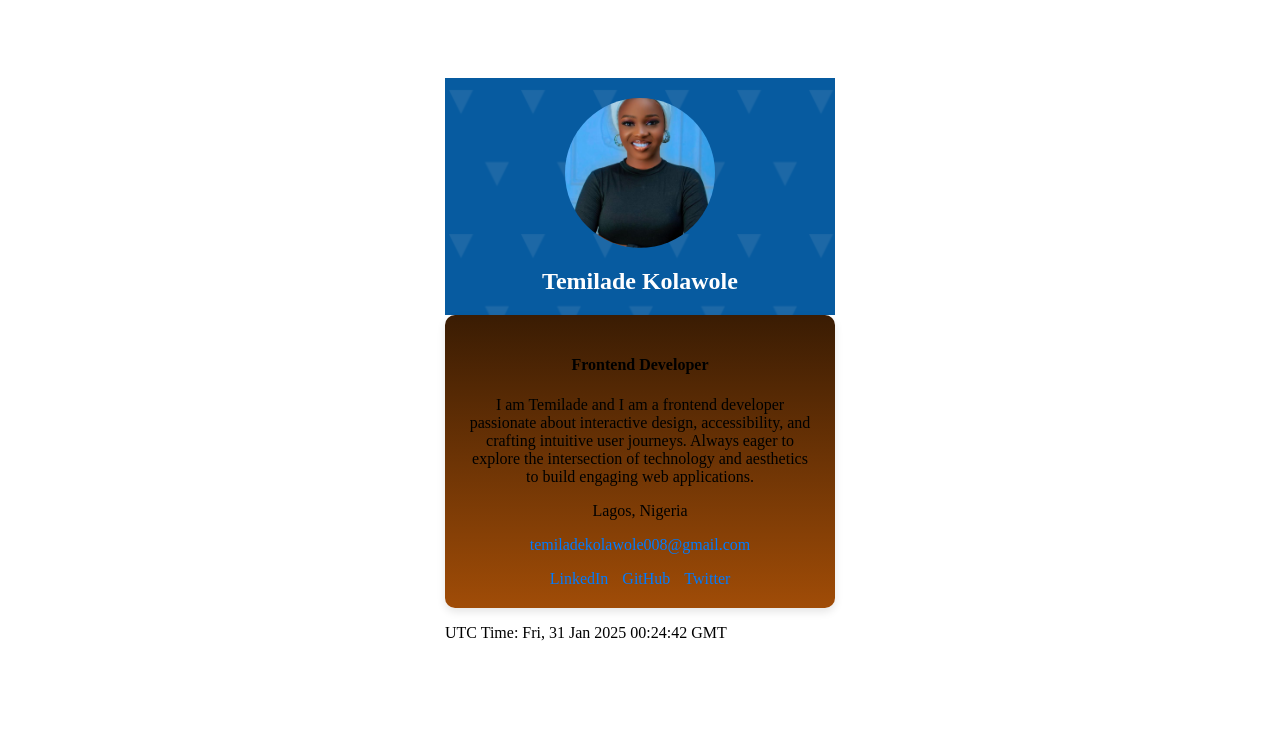
Repository: KolawoleTemilade/ticket-guarantor
Page: profilecard/index..html
These files come from the project's save history. The page is drawn as it stood at one moment and after the next save; the edit follows.
The browser window is 1280 px wide. The pictures show the whole page.

Above is the page before, as saved 2025-02-04 17:22:26.

After the next save:
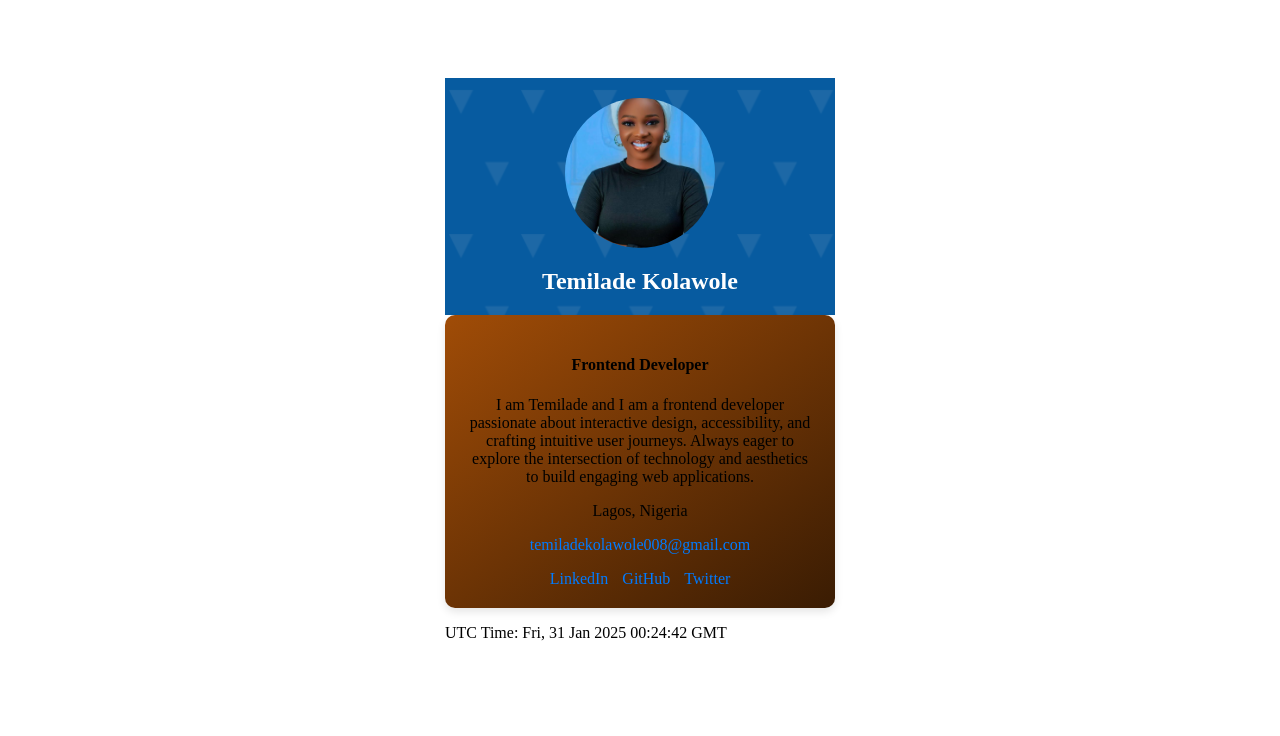
Saved 12 s later.
--- a/profilecard/style.css
+++ b/profilecard/style.css
@@ -13,7 +13,7 @@ body {
   text-align: center;
   max-width: 350px;
   width: 100%;
-  background: linear-gradient(360deg, #A04C07, #3A1C03);
+  background: linear-gradient(145deg, #A04C07, #3A1C03);
 }
 .background {
   width: 100%;
